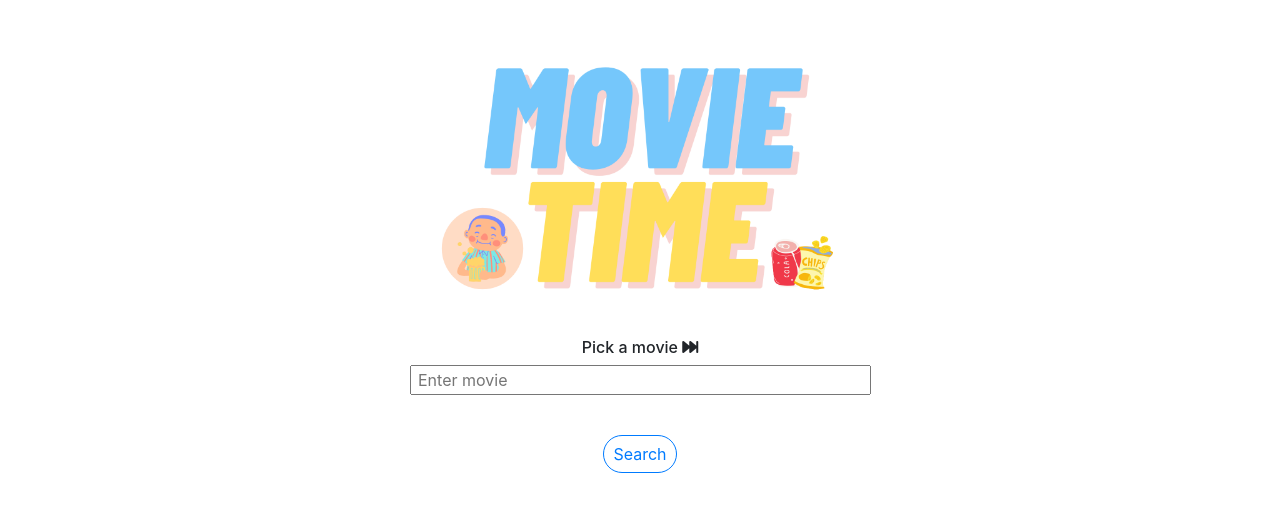
Repository: Wei-Hsi/MovieTime_search-engine
Page: http://localhost/FinalProject/TestProject
The author's editor kept a copy of each file at every save. The page is drawn from the files as they stood at one save, then again after the next save.
The browser window is 1280 px wide. The pictures show the whole page.
Some web libraries are served in a nearby version. The page is served by Tomcat 9.

Above is the page before, as saved 2021-01-05 08:14:16.

After the next save:
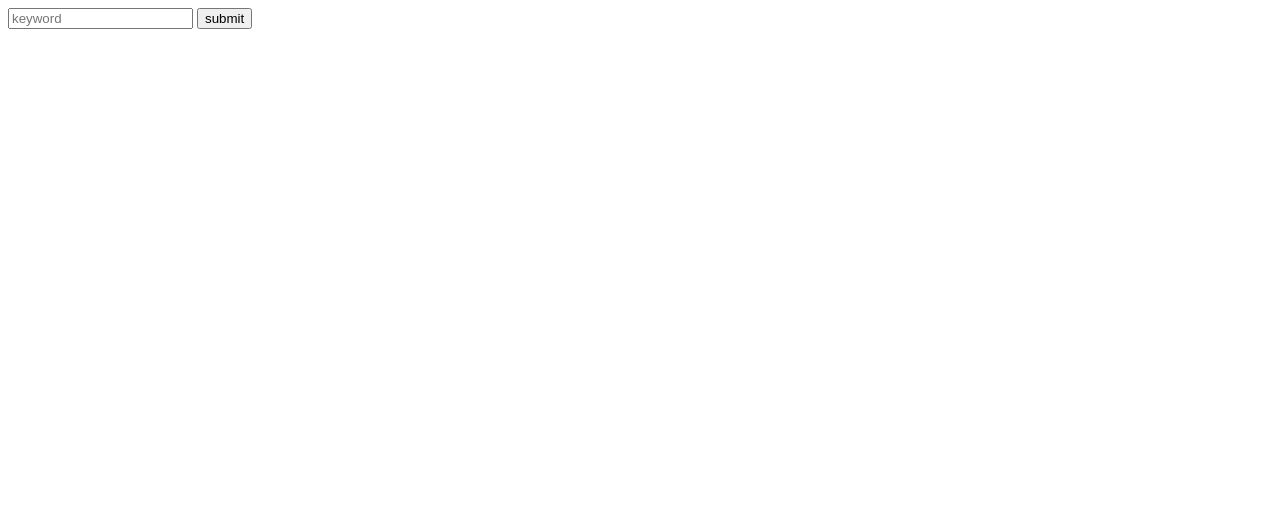
Saved 50 s later.
--- a/FinalProject/WebContent/Search.jsp
+++ b/FinalProject/WebContent/Search.jsp
@@ -3,29 +3,13 @@
 <!DOCTYPE html>
 <html>
 <head>
-<title>MovieTime</title>
-  <meta charset="UTF-8">
-  <meta name="viewport" content="width=device-width, initial-scale=1">
-  <link rel="stylesheet" href="https://maxcdn.bootstrapcdn.com/bootstrap/4.5.2/css/bootstrap.min.css">
-  <script src="https://ajax.googleapis.com/ajax/libs/jquery/3.5.1/jquery.min.js"></script>
-  <script src="https://cdnjs.cloudflare.com/ajax/libs/popper.js/1.16.0/umd/popper.min.js"></script>
-  <script src="https://maxcdn.bootstrapcdn.com/bootstrap/4.5.2/js/bootstrap.min.js"></script>
-  <script src='https://kit.fontawesome.com/a076d05399.js'></script>
+<meta charset="UTF-8">
+<title>GoogleSearch</title>
 </head>
 <body>
-	<div class="container" style="text-align: center">
-		<img src="MovieTime.png" width="600" height="338">
-	</div>
-	<div class="container" style="text-align: center">
-		<h6>Pick a movie  <i class='fas fa-fast-forward'> </i></h6>
-	</div>
 <form action='${requestUri}' method='get'>
-	<div class="container" style="text-align: center">
-	<div class="form-group">
-	    <input type="text" size="40px" id="movie" placeholder=" Enter movie" name="movie">
-	</div>
-	<br><button type="submit" class="btn btn-outline-primary badge-pill">Search</button>
-	</div>
+<input type='text' name='keyword' placeholder = 'keyword'/>
+<input type='submit' value='submit' />
 </form>
 </body>
 </html>

After the save that followed:
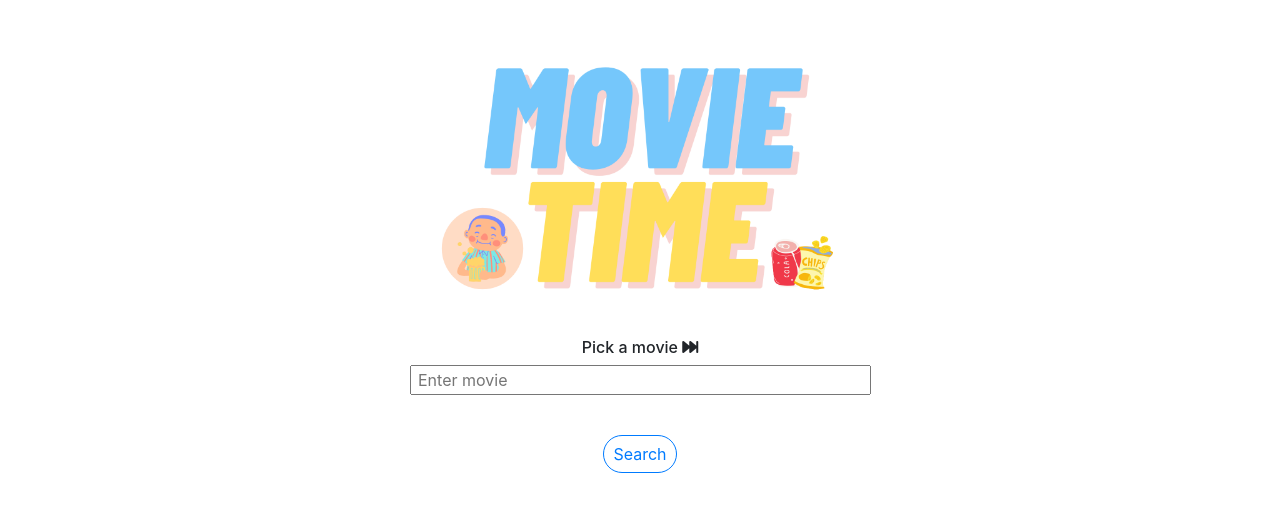
Saved 95 s later.
--- a/FinalProject/WebContent/Search.jsp
+++ b/FinalProject/WebContent/Search.jsp
@@ -3,13 +3,29 @@
 <!DOCTYPE html>
 <html>
 <head>
-<meta charset="UTF-8">
-<title>GoogleSearch</title>
+<title>MovieTime</title>
+  <meta charset="UTF-8">
+  <meta name="viewport" content="width=device-width, initial-scale=1">
+  <link rel="stylesheet" href="https://maxcdn.bootstrapcdn.com/bootstrap/4.5.2/css/bootstrap.min.css">
+  <script src="https://ajax.googleapis.com/ajax/libs/jquery/3.5.1/jquery.min.js"></script>
+  <script src="https://cdnjs.cloudflare.com/ajax/libs/popper.js/1.16.0/umd/popper.min.js"></script>
+  <script src="https://maxcdn.bootstrapcdn.com/bootstrap/4.5.2/js/bootstrap.min.js"></script>
+  <script src='https://kit.fontawesome.com/a076d05399.js'></script>
 </head>
 <body>
+	<div class="container" style="text-align: center">
+		<img src="MovieTime.png" width="600" height="338">
+	</div>
+	<div class="container" style="text-align: center">
+		<h6>Pick a movie  <i class='fas fa-fast-forward'> </i></h6>
+	</div>
 <form action='${requestUri}' method='get'>
-<input type='text' name='keyword' placeholder = 'keyword'/>
-<input type='submit' value='submit' />
+	<div class="container" style="text-align: center">
+	<div class="form-group">
+	    <input type="text" size="40px" id="movie" placeholder=" Enter movie" name="movie">
+	</div>
+	<br><button type="submit" class="btn btn-outline-primary badge-pill">Search</button>
+	</div>
 </form>
 </body>
 </html>
